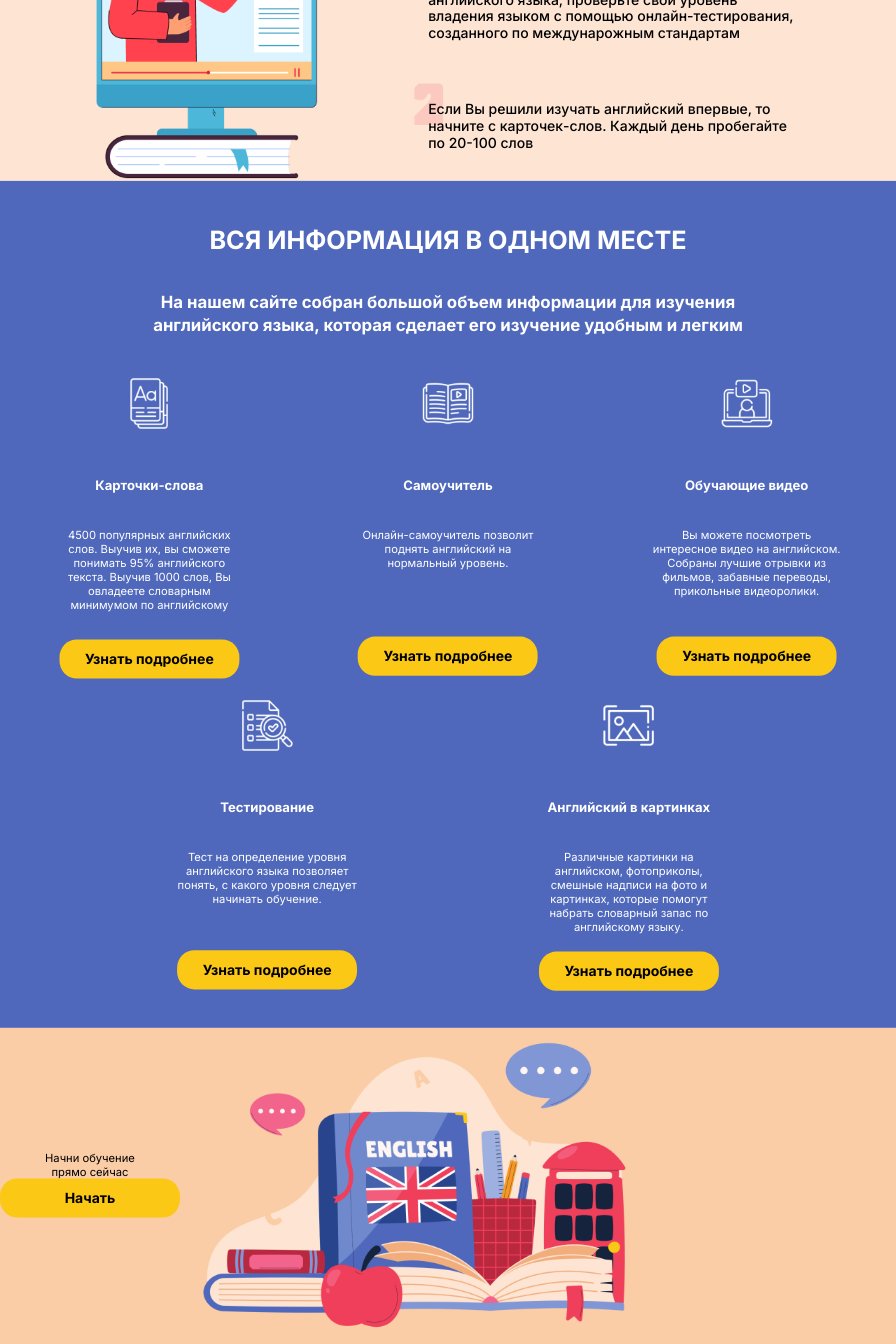
Repository: WladimirVA/Diplom
Page: scool/index.html
These files come from the project's save history. The page is drawn as it stood at one moment and after the next save; the edit follows.
The browser window is 1280 px wide. The pictures show the part of the page from y = 1119 to 3039 px (the page is 3039 px tall), at 70% of full size.

Above is the page before, as saved 2023-07-18 17:28:41.

After the next save:
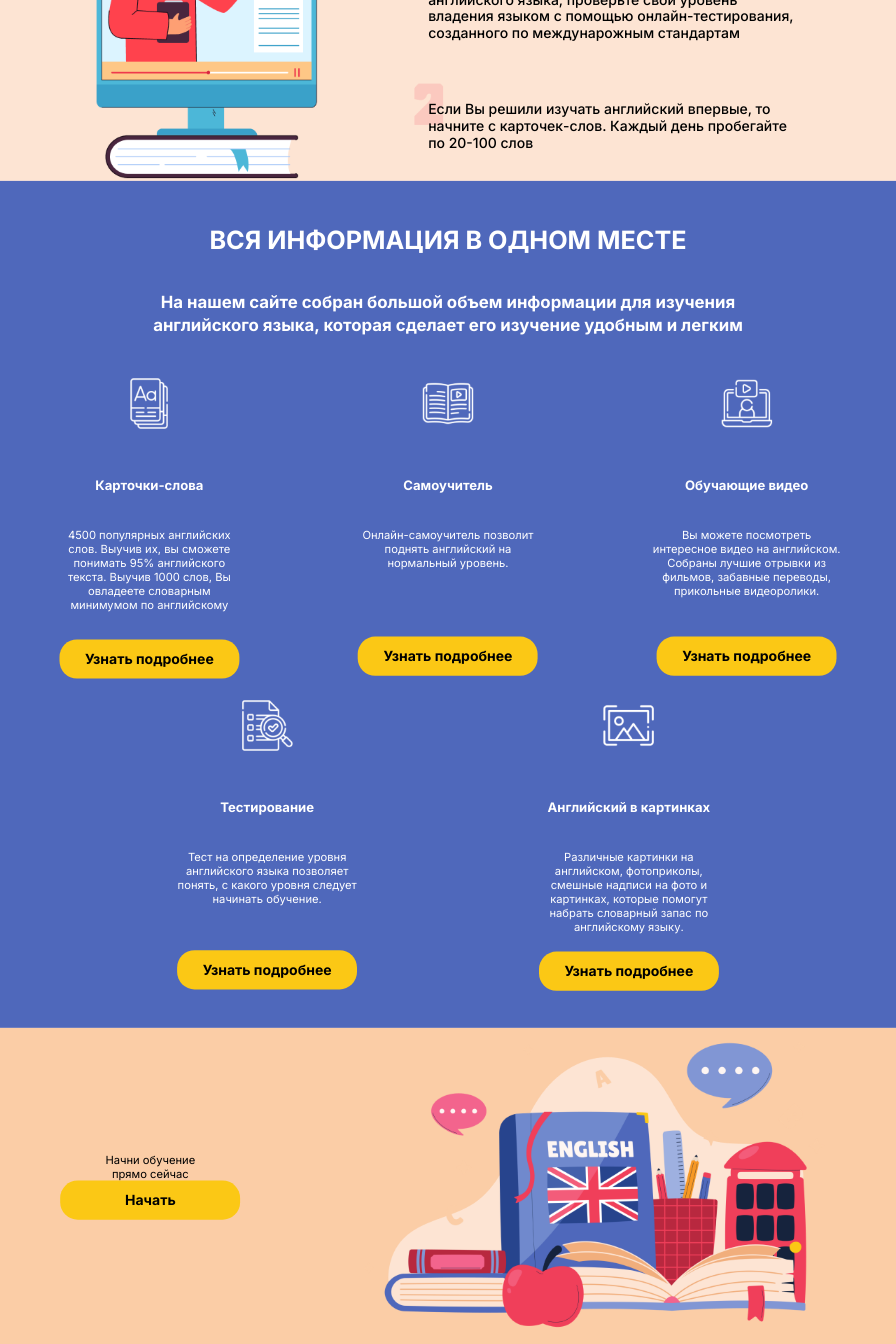
Saved 35 s later.
--- a/scool/css/index.css
+++ b/scool/css/index.css
@@ -329,10 +329,12 @@ ul.ddropdownn .ddropdownn-inside a:hover {/* Цвет фона изменитс
 
 .training {
     display: flex;
+    align-items: center;
+    justify-content: space-around;
 }
 
 .training-inf {
     display: block;
     text-align: center;
-    margin-top: 175px;
-}
+
+}
